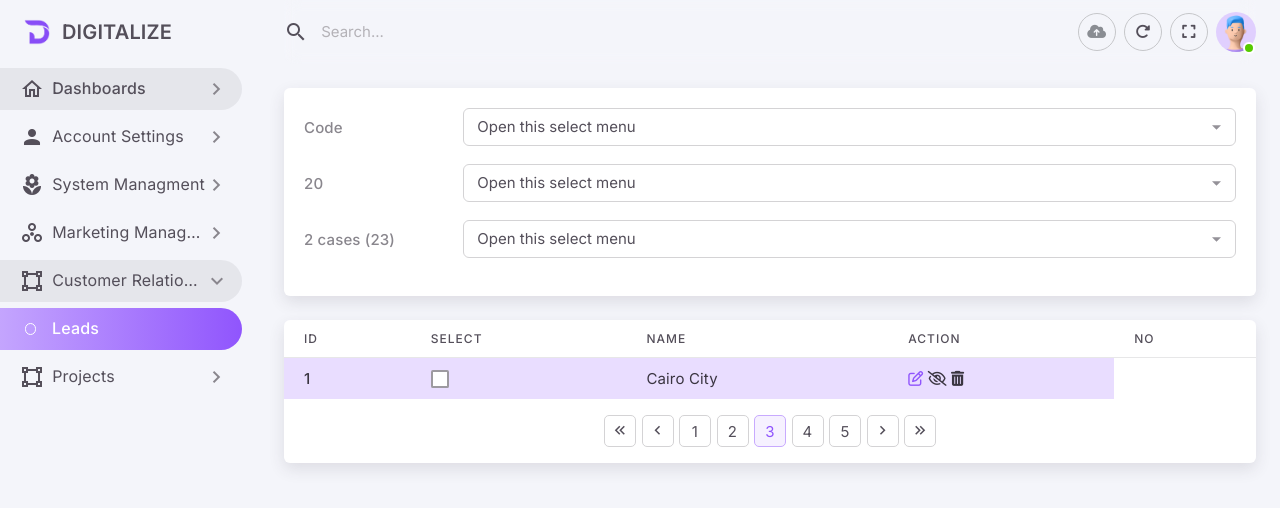
Repository: FadyFathey/sales-crm
Page: html/project-list.html
The author's editor kept a copy of each file at every save. The page is drawn from the files as they stood at one save, then again after a run of saves.
The browser window is 1280 px wide. The pictures show the whole page.
Some icons come from a web library that is not loaded, so they are not drawn. Some web libraries are served in a nearby version.

Above is the page before, as saved 2024-10-09 14:06:02.
Console error: ReferenceError: d3 is not defined

After the next 3 saves:
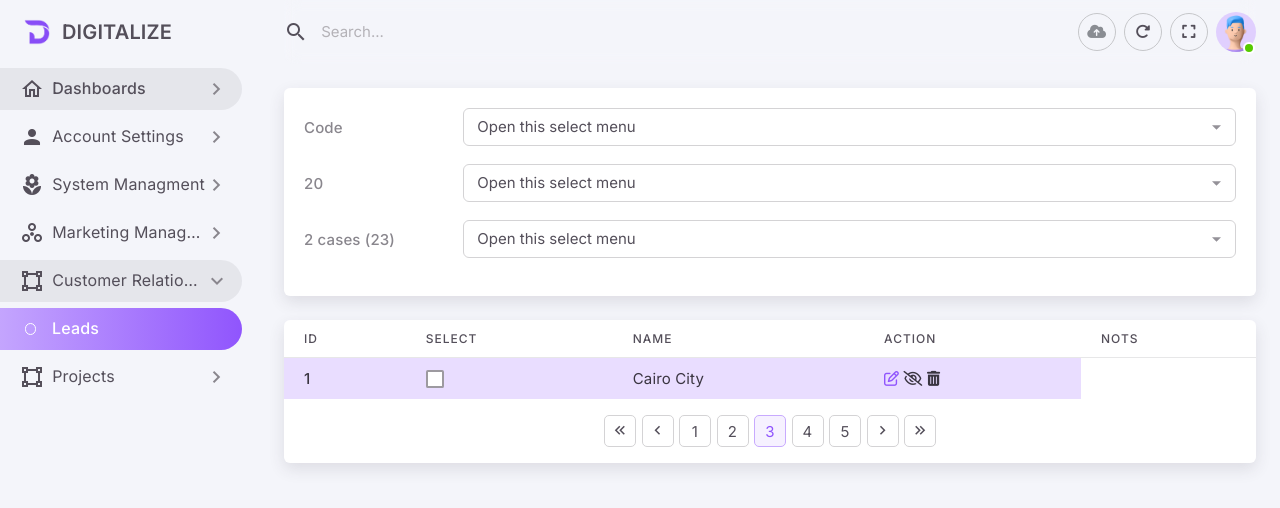
The 3 saves are shown as one change because they came seconds apart.
The last was saved 6 s later.
--- a/html/project-list.html
+++ b/html/project-list.html
@@ -388,7 +388,7 @@
                                             <th>select</th>
                                             <th>Name</th>
                                             <th>Action</th>
-                                            <th>NO</th>
+                                            <th>Nots</th>
                                         </tr>
                                     </thead>
                                     <tbody class="table-border-bottom-0">
